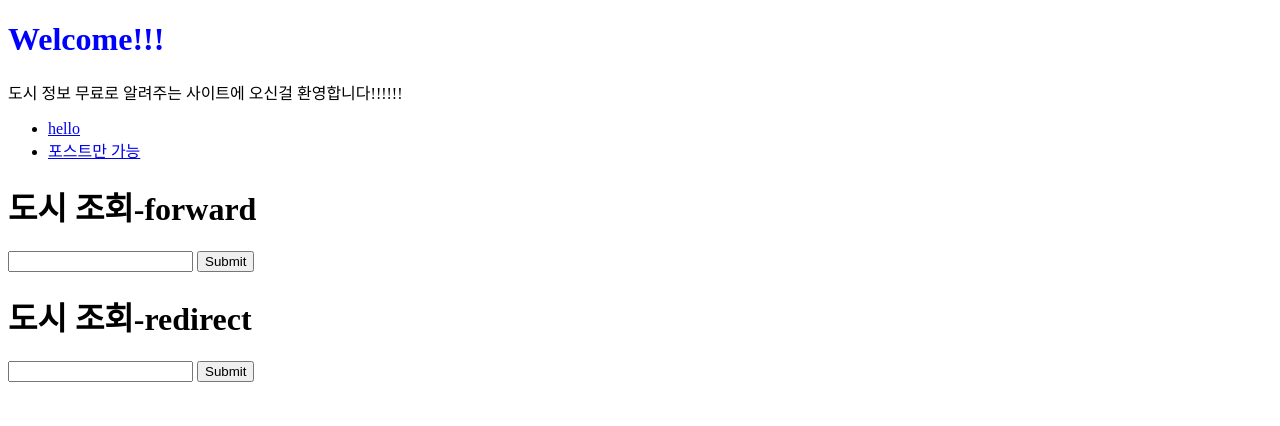
Repository: roadtofuture/woorifisa_java
Page: http://localhost/jpa_2/WEB-INF/view/index.jsp
An editor plug-in stored every save of this project. The page is shown before and after the next save, followed by the edit.
The browser window is 1280 px wide. The pictures show the whole page.
The page is served by Tomcat 9. Nobody is signed in. Other server files are loaded and not shown. The template is opened directly, without the code that normally fills it, so the values that code supplies are empty.

Above is the page before, as saved 2023-06-23 05:13:47.

### jpa_2/src/main/webapp/WEB-INF/view/index.jsp
<%@ page language="java" contentType="text/html; charset=UTF-8"
	pageEncoding="UTF-8"%>
<!DOCTYPE html>
<html>
<head>
<meta charset="UTF-8">
<title>Hello</title>
<link rel="stylesheet" href="/common.css">
</head>
<body>
	<h1 id="title">Welcome!!!</h1>
	도시 정보 무료로 알려주는 사이트에 오신걸 환영합니다!!!!!!
	<ul>
		<li><a href="/hello?name=hong">hello</a></li>
		<li><a href="/onlypost">포스트만 가능</a></li>
	</ul>

	<h1>도시 조회-forward</h1>
	<form method="get" action="/city/select">
		<input type="text" name="no"> <input type="submit">
	</form>
	<h1>도시 조회-redirect</h1>
	<form method="get" action="/city/select2">
		<input type="text" name="no"> <input type="submit">
	</form>
</body>
</html>

### jpa_2/src/main/resources/static/common.css
#title {
	color: blue
}

After the next save:
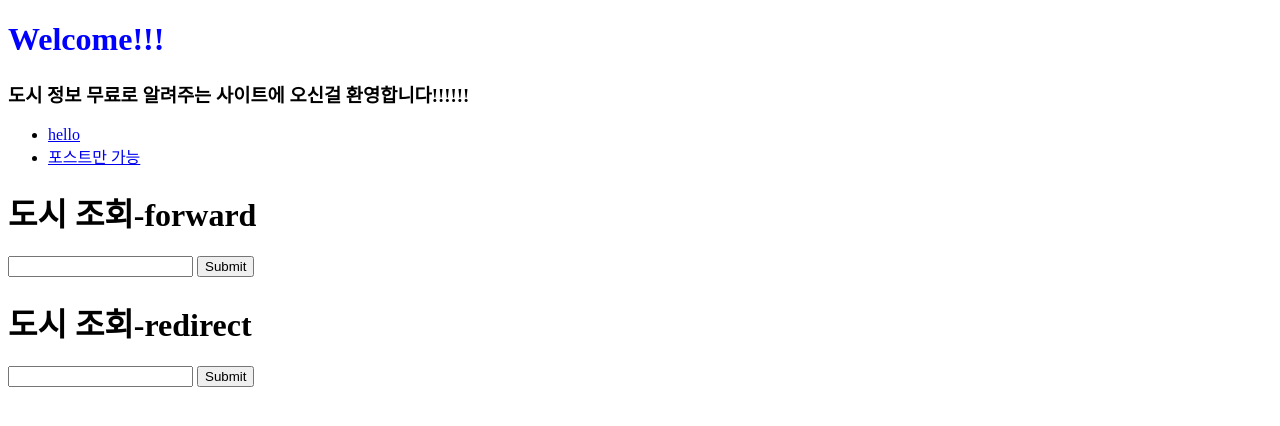
Saved 52 s later.
--- a/jpa_2/src/main/webapp/WEB-INF/view/index.jsp
+++ b/jpa_2/src/main/webapp/WEB-INF/view/index.jsp
@@ -9,7 +9,7 @@
 </head>
 <body>
 	<h1 id="title">Welcome!!!</h1>
-	도시 정보 무료로 알려주는 사이트에 오신걸 환영합니다!!!!!!
+	<h3>도시 정보 무료로 알려주는 사이트에 오신걸 환영합니다!!!!!!</h3>
 	<ul>
 		<li><a href="/hello?name=hong">hello</a></li>
 		<li><a href="/onlypost">포스트만 가능</a></li>
